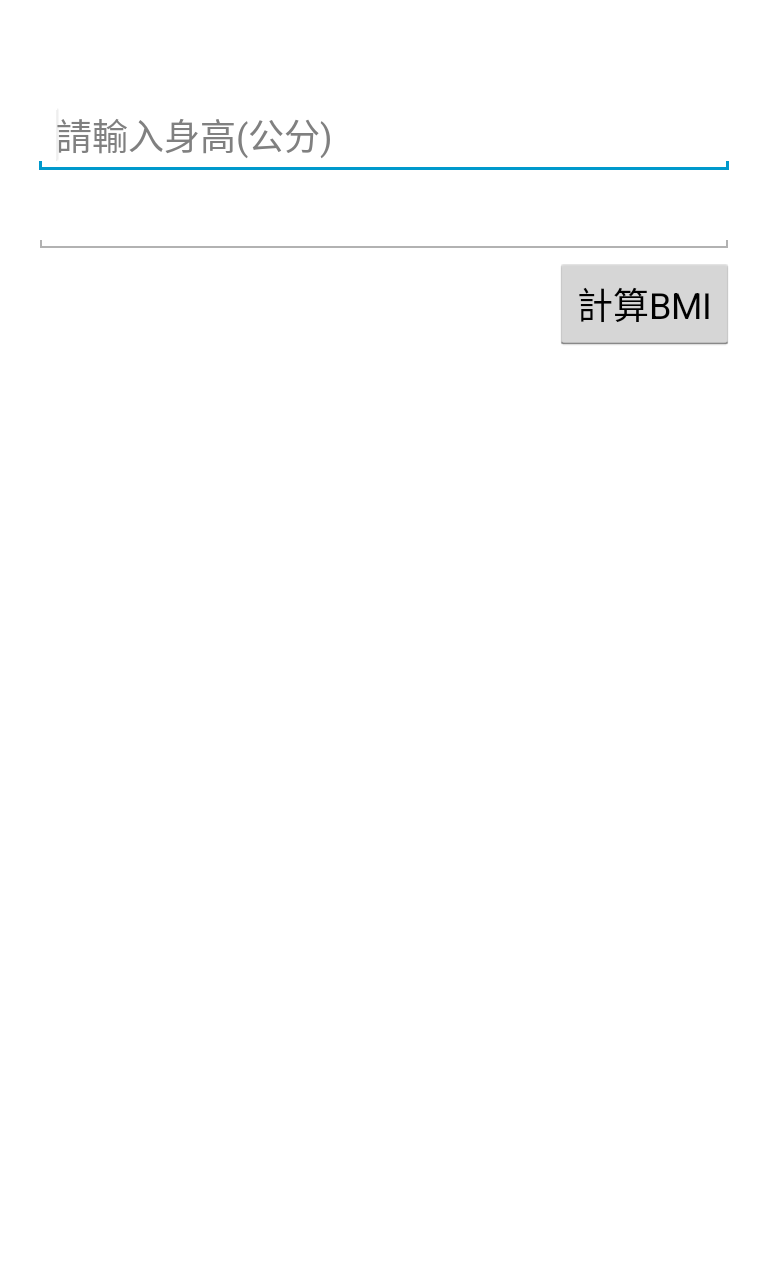
Repository: ericluo1123/myAndroidCode
Layout: myAndroidProject/res/layout/activity_main.xml
The author's editor kept a copy of each file at every save. The layout is drawn from the files as they stood at one save, then again after the next save.
It is drawn on a 768 x 1280 px phone screen (xhdpi) without system bars, with theme AppTheme; the app's code is not run.

Above is the layout before, as saved 2014-09-26 06:51:53.

### myAndroidProject/res/layout/activity_main.xml
<RelativeLayout xmlns:android="http://schemas.android.com/apk/res/android"
    xmlns:tools="http://schemas.android.com/tools"
    android:layout_width="match_parent"
    android:layout_height="match_parent"
    android:paddingBottom="@dimen/activity_vertical_margin"
    android:paddingLeft="@dimen/activity_horizontal_margin"
    android:paddingRight="@dimen/activity_horizontal_margin"
    android:paddingTop="@dimen/activity_vertical_margin"
    tools:context="com.example.myandroidproject.MainActivity" >

    <EditText
        android:id="@+id/editText1"
        android:layout_width="match_parent"
        android:layout_height="wrap_content"
        android:layout_marginTop="31dp"
        android:ems="10"
        android:hint="請輸入身高(公分)" >

        <requestFocus />
    </EditText>

    <EditText
        android:id="@+id/editText2"
        android:layout_width="match_parent"
        android:layout_height="wrap_content"
        android:layout_alignLeft="@+id/editText1"
        android:layout_below="@+id/editText1"
        android:ems="10" />

    <Button
        android:id="@+id/button1"
        android:layout_width="wrap_content"
        android:layout_height="wrap_content"
        android:layout_alignRight="@+id/editText2"
        android:layout_below="@+id/editText2"
        android:text="計算BMI" />

</RelativeLayout>

Loaded but not shown: myAndroidProject/res/values/styles.xml (common file); myAndroidProject/res/values-v11/styles.xml (common file); myAndroidProject/res/values-v14/styles.xml (common file); myAndroidProject/res/values/dimens.xml (common file); myAndroidProject/res/values-w820dp/dimens.xml (common file)

After the next save:
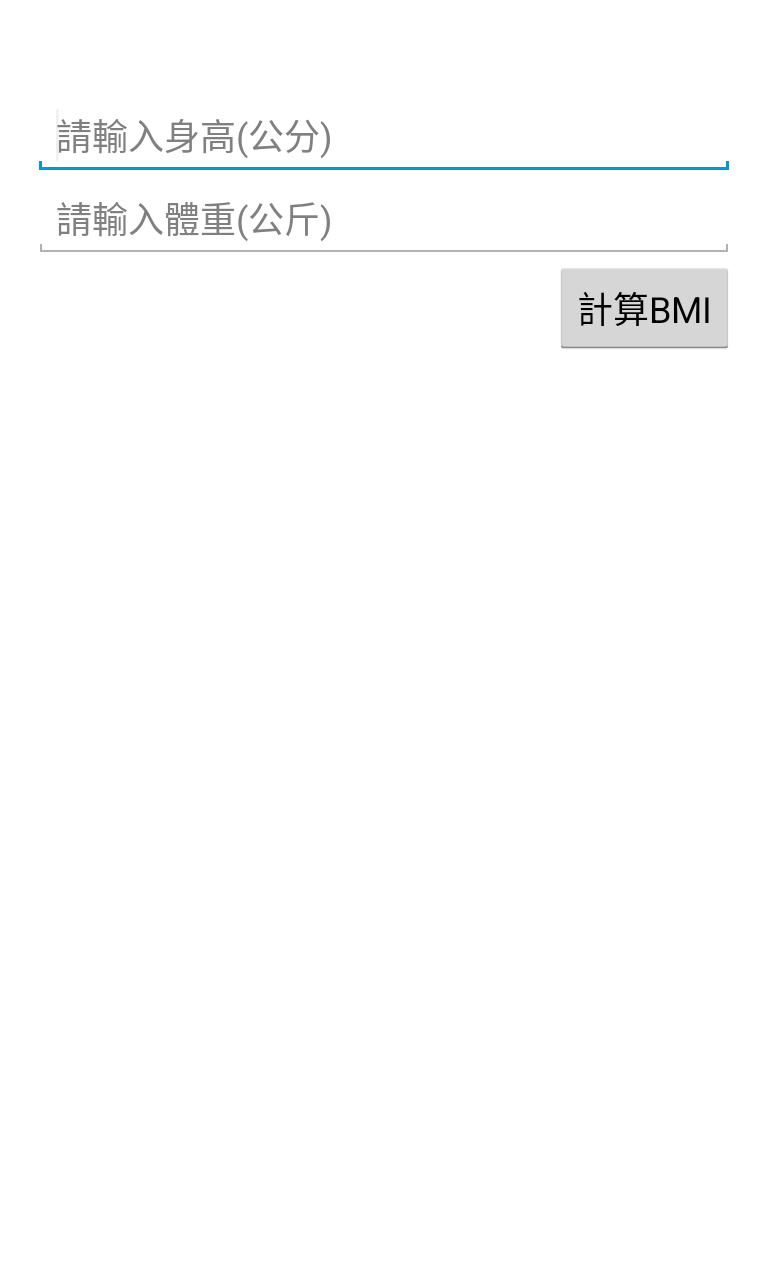
Saved 4 s later.
--- a/myAndroidProject/res/layout/activity_main.xml
+++ b/myAndroidProject/res/layout/activity_main.xml
@@ -25,7 +25,8 @@
         android:layout_height="wrap_content"
         android:layout_alignLeft="@+id/editText1"
         android:layout_below="@+id/editText1"
-        android:ems="10" />
+        android:ems="10"
+        android:hint="請輸入體重(公斤)" />
 
     <Button
         android:id="@+id/button1"
